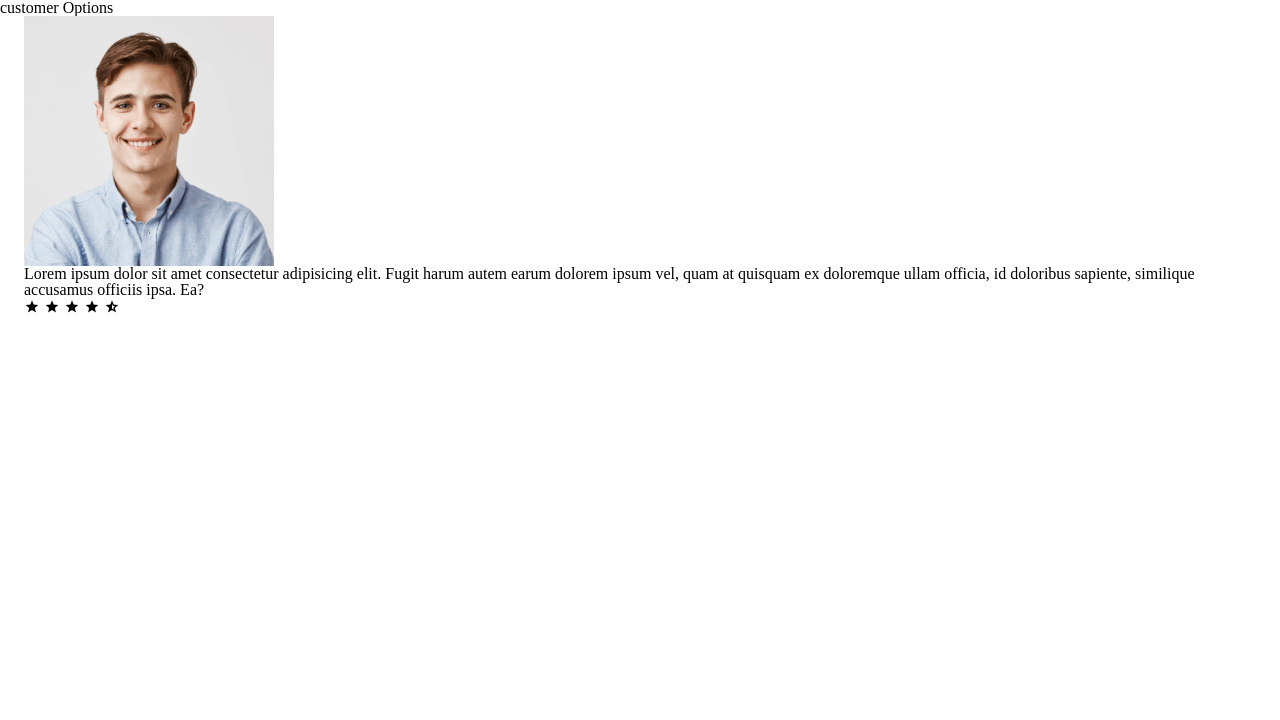
Repository: dinhhaidh/slider-3
Page: index.html
The author's editor kept a copy of each file at every save. The page is drawn from the files as they stood at one save, then again after the next save.
The browser window is 1280 px wide. The pictures show the whole page.

Above is the page before, as saved 2024-03-22 20:10:19.

### index.html
<!DOCTYPE html>
<html lang="en">
<head>
    <meta charset="UTF-8">
    <meta name="viewport" content="width=device-width, initial-scale=1.0">
    <title>Document</title>
    <link rel="stylesheet" href="https://cdnjs.cloudflare.com/ajax/libs/remixicon/4.2.0/remixicon.min.css">

    <link rel="stylesheet" href="style.css">

</head>
<body>
    <div class="customer">
        <h3 class="customer__title">customer Options</h3>
        <div class="customer__container container">
            <div class="customer__swiper">
                <div>
                    <article class="customer__article">
                        <img src="./img1.png" alt="image" class="customer__img">

                        <p>
                            Lorem ipsum dolor sit amet consectetur adipisicing elit. Fugit harum autem earum dolorem ipsum vel, quam at quisquam ex doloremque ullam officia, id doloribus sapiente, similique accusamus officiis ipsa. Ea?
                        </p>

                        <div class="customer__star">
                            <i class="ri-star-s-fill"></i>
                            <i class="ri-star-s-fill"></i>
                            <i class="ri-star-s-fill"></i>
                            <i class="ri-star-s-fill"></i>
                            <i class="ri-star-half-s-line"></i>
                        </div>
                    </article>
                </div>
            </div>
        </div>
    </div>
</body>
</html>

### style.css
*,
*:before,
*:after {
  box-sizing: border-box;
}
* {
  margin: 0;
  padding: 0;
  font: inherit;
}
img,
picture,
svg,
video {
  display: block;
  max-width: 100%;
}
input,
select,
textarea {
  background-color: transparent;
  outline: none;
}
button {
  cursor: pointer;
  background-color: transparent;
  outline: none;
  border: 0;
}
body {
  min-height: 100vh;
  font-weight: 400;
  font-size: 16px;
  line-height: 1;
}


.container{
    max-width: 1220px;
    Margin-inline: 1.5rem;
}

After the next save:
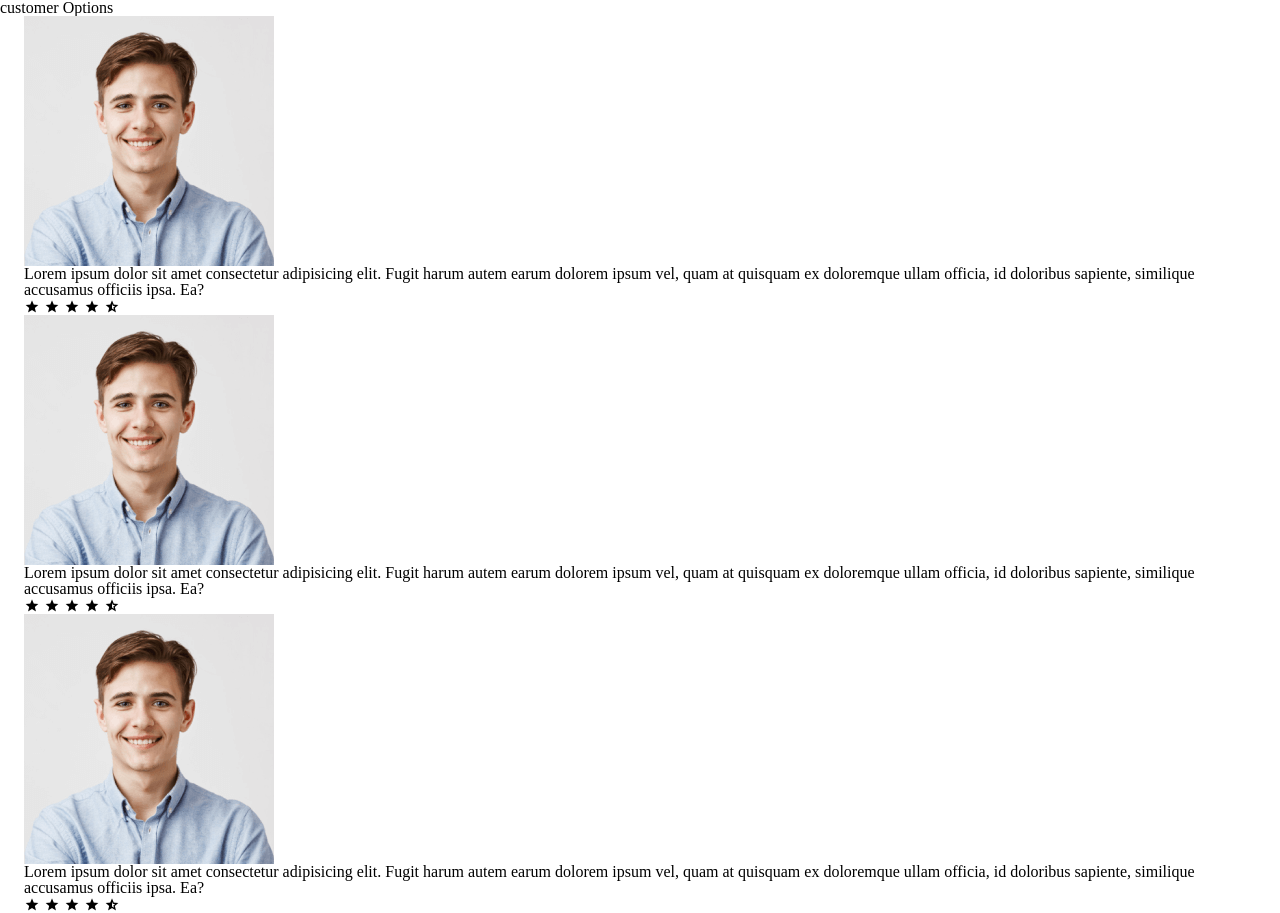
Saved 39 s later.
--- a/index.html
+++ b/index.html
@@ -30,6 +30,36 @@
                             <i class="ri-star-half-s-line"></i>
                         </div>
                     </article>
+                    <article class="customer__article">
+                        <img src="./img1.png" alt="image" class="customer__img">
+
+                        <p>
+                            Lorem ipsum dolor sit amet consectetur adipisicing elit. Fugit harum autem earum dolorem ipsum vel, quam at quisquam ex doloremque ullam officia, id doloribus sapiente, similique accusamus officiis ipsa. Ea?
+                        </p>
+
+                        <div class="customer__star">
+                            <i class="ri-star-s-fill"></i>
+                            <i class="ri-star-s-fill"></i>
+                            <i class="ri-star-s-fill"></i>
+                            <i class="ri-star-s-fill"></i>
+                            <i class="ri-star-half-s-line"></i>
+                        </div>
+                    </article>
+                    <article class="customer__article">
+                        <img src="./img1.png" alt="image" class="customer__img">
+
+                        <p>
+                            Lorem ipsum dolor sit amet consectetur adipisicing elit. Fugit harum autem earum dolorem ipsum vel, quam at quisquam ex doloremque ullam officia, id doloribus sapiente, similique accusamus officiis ipsa. Ea?
+                        </p>
+
+                        <div class="customer__star">
+                            <i class="ri-star-s-fill"></i>
+                            <i class="ri-star-s-fill"></i>
+                            <i class="ri-star-s-fill"></i>
+                            <i class="ri-star-s-fill"></i>
+                            <i class="ri-star-half-s-line"></i>
+                        </div>
+                    </article>
                 </div>
             </div>
         </div>
